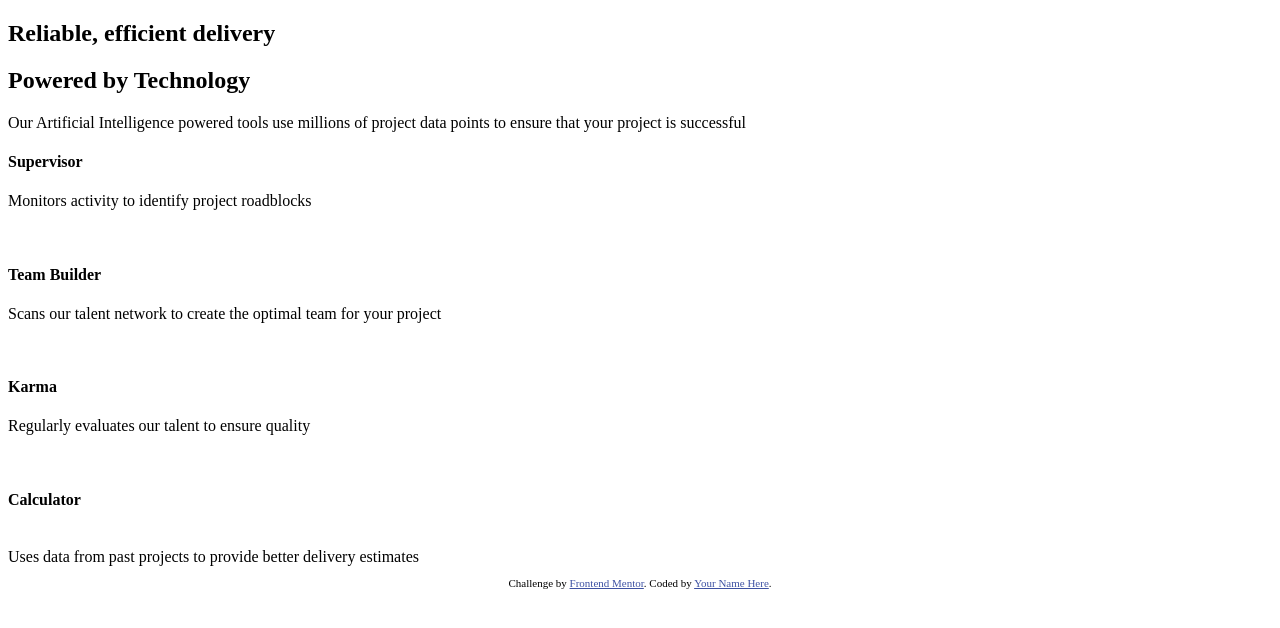
Repository: BuduCE/four-card-feature-section-master
Page: index.html
An editor plug-in stored every save of this project. The page is shown before and after the next save, followed by the edit.
The browser window is 1280 px wide. The pictures show the whole page.

Above is the page before, as saved 2023-06-01 21:29:52.

After the next save:
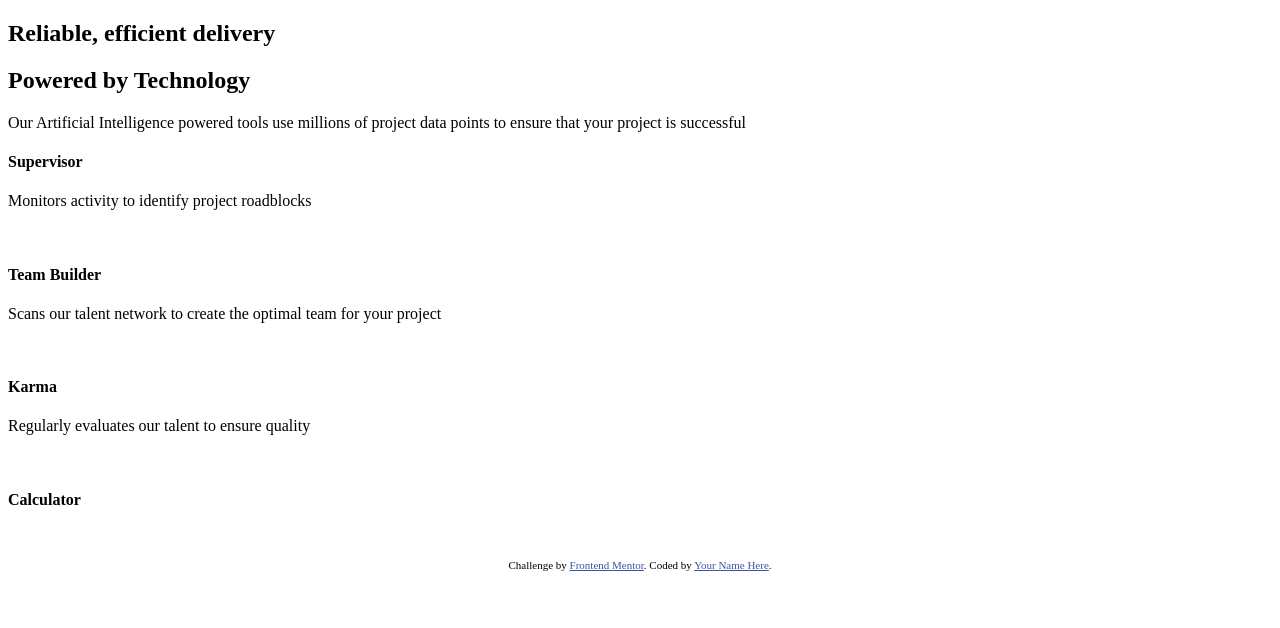
Saved 5 s later.
--- a/index.html
+++ b/index.html
@@ -63,7 +63,7 @@
 
 
 
-  Uses data from past projects to provide better delivery estimates
+
 
 
   <footer>
